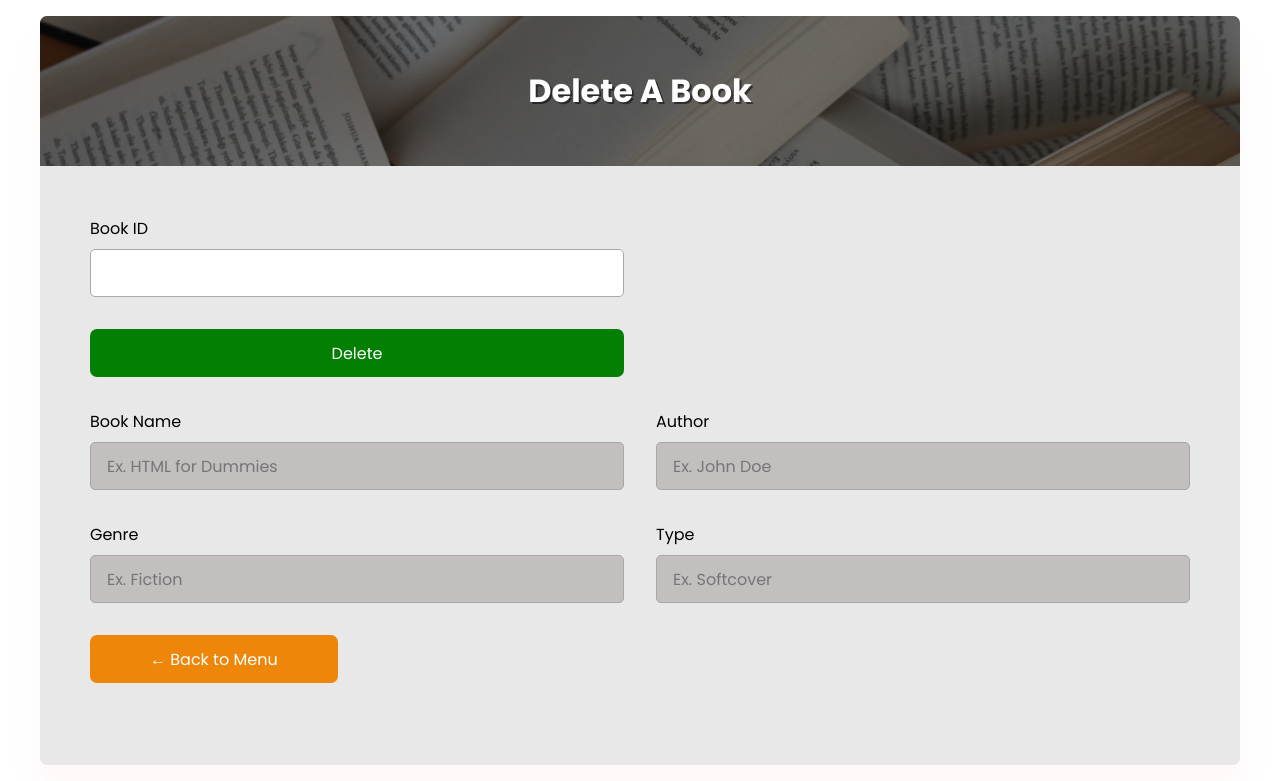
Repository: kcvijay/node_advanced_books
Page: booksSPA/public/pages/deleteBook.html
The author's editor kept a copy of each file at every save. The page is drawn from the files as they stood at one save, then again after the next save.
The browser window is 1280 px wide. The pictures show the whole page.

Above is the page before, as saved 2023-03-08 17:51:58.

### booksSPA/public/pages/deleteBook.html
<!DOCTYPE html>
<html lang="en">
  <head>
    <meta charset="UTF-8" />
    <meta http-equiv="X-UA-Compatible" content="IE=edge" />
    <meta name="viewport" content="width=device-width, initial-scale=1.0" />
    <title>Delete A Book</title>
    <link rel="stylesheet" href="../styles/styles.css" />
  </head>
  <body>
    <div class="main-wrapper">
      <div class="heading">
        <h1>Delete A Book</h1>
      </div>
      <div class="data-field">
        <form>
          <div>
            <label for="id">Book ID</label>
            <input type="text" id="id" name="id" />
          </div>
          <div></div>
          <button type="submit" id="submit" class="primary-btn">Delete</button>
        </form>
        <form style="margin-top: 32px">
          <div>
            <label for="name">Book Name</label>
            <input
              type="text"
              id="name"
              name="name"
              placeholder="Ex. HTML for Dummies"
              autocomplete="off"
              disabled
            />
          </div>
          <div>
            <label for="author">Author</label>
            <input
              type="text"
              id="author"
              name="author"
              placeholder="Ex. John Doe"
              autocomplete="off"
              disabled
            />
          </div>
          <div>
            <label for="genre">Genre</label>
            <input
              type="text"
              id="genre"
              name="genre"
              placeholder="Ex. Fiction"
              autocomplete="off"
              disabled
            />
          </div>
          <div>
            <label for="type">Type</label>
            <input
              type="text"
              id="type"
              name="type"
              placeholder="Ex. Softcover"
              autocomplete="off"
              disabled
            />
          </div>
        </form>
        <div id="messagearea"></div>
        <div>
          <button class="secondary-btn">&larr;&nbsp;Back to Menu</button>
        </div>
      </div>
    </div>
    <script src="/js/deleteBookHandler.js"></script>
  </body>
</html>

### booksSPA/public/styles/styles.css
@import url("https://fonts.googleapis.com/css2?family=Poppins:wght@400;700&display=swap");

* {
  margin: 0;
  padding: 0;
  box-sizing: border-box;
}

body {
  max-width: 100vw;
  min-height: 100vh;
  font-family: "Poppins", sans-serif;
}

.main-wrapper {
  max-width: 1200px;
  background: #e8e8e8;
  margin: 16px auto;
  border-radius: 7px;
  box-shadow: 0 30px 30px rgba(241, 182, 182, 0.1);
  overflow: hidden;
  transition: all 0.3s ease;
}

.heading {
  background: linear-gradient(rgba(0, 0, 0, 0.4), rgba(0, 0, 0, 0.4)),
    url("../assets/books.jpeg");
  background-position: center;
  background-size: cover;
  background-repeat: no-repeat;
  height: 150px;
  display: flex;
  justify-content: center;
  align-items: center;
}

h1 {
  position: relative;
  color: #fff;
  text-shadow: 2px 2px rgba(0, 0, 0, 0.5);
}

.data-field {
  padding: 50px;
}

input,
textarea,
button {
  font-family: inherit;
  font-size: 16px;
}

input:disabled {
  background-color: #c3bfbf;
  cursor: no-drop;
}
input:disabled:focus {
  outline: none;
}

form {
  display: grid;
  grid-template-columns: 1fr 1fr;
  gap: 32px;
  justify-items: start;
  transition: all 0.3s ease-in-out;
}

form div {
  width: 100%;
}

form label {
  display: inline-block;
  width: 100px;
  margin-bottom: 8px;
}

form input {
  height: 48px;
  width: 100%;
  padding: 0 16px;
  border: 1px solid #a7a7a7;
  border-radius: 5px;
  transition: all 0.3s ease;
}

form input:focus {
  outline: 3px solid #ee870978;
  border: none;
}

.button-set {
  display: grid;
  grid-template-columns: 1fr 1fr;
  gap: 32px;
}

.button-set div .primary-btn {
  display: block;
  width: 100%;
  text-decoration: none;
  display: flex;
  justify-content: center;
  align-items: center;
}

button:hover,
button:active {
  filter: brightness(0.9);
}

.button-set {
  margin-top: 32px;
}

.primary-btn {
  display: flex;
  justify-content: center;
  align-items: center;
  width: 100%;
  height: 48px;
  background-color: #038003;
  text-decoration: none;
  padding: 8px 60px;
  color: #fff;
  border: none;
  border-radius: 7px;
  cursor: pointer;
  transition: all 0.3s ease;
}

.secondary-btn {
  display: flex;
  justify-content: center;
  align-items: center;
  height: 48px;
  margin: 32px 0;
  background-color: #ee8709;
  text-decoration: none;
  padding: 8px 60px;
  color: #fff;
  border: none;
  border-radius: 7px;
  cursor: pointer;
  transition: all 0.3s ease;
}

#messagearea {
  position: absolute;
  left: 0;
  top: 0;
  width: 100vw;
  height: 100vh;
  background-color: rgba(0, 0, 0, 0.7);
  display: none;
  justify-content: center;
  align-items: center;
  z-index: 999;
}

#messagearea p {
  background-color: #fff;
  padding: 32px;
}

/**** TABLE ****/

.table-field {
  overflow-x: auto;
}

table {
  margin: 0 auto;
  max-width: fit-content;
}
thead {
  background: #038003;
  color: #fff;
}
th,
td {
  width: 250px;
  height: 48px;
  padding: 16px;
}

tr:nth-child(odd) {
  background: #ee870945;
}

tr:nth-child(even) {
  background: #ee87095e;
}

tr:last-child td:first-child {
  border-radius: 0 0 0 7px;
}

tr:last-child td:last-child {
  border-radius: 0 0 7px 0;
}

th:not(:first-child) {
  text-align: left;
}

th:first-child {
  border-radius: 7px 0 0 0;
}

th:last-child {
  text-align: center;
  border-radius: 0 7px 0 0;
}

td {
  padding-left: 16px;
}

td:first-child,
td:last-child {
  text-align: center;
}

@media screen and (max-width: 700px) {
  .main-wrapper {
    margin: 0 16px;
  }
  form {
    grid-template-columns: 1fr;
  }

  .data-field {
    padding: 18px;
  }

  .table-field {
    overflow-x: auto;
  }

  table {
    font-size: 14px;
  }

  .button-set {
    grid-template-columns: 1fr;
  }

  .button-set div a {
    display: block;
    width: 100%;
  }
}

### booksSPA/public/js/deleteBookHandler.js
"use strict";

(function () {
  let inputField;
  let messageField;
  let submit;

  document.addEventListener("DOMContentLoaded", init);

  function init() {
    inputField = document.querySelector("#id");
    messageField = document.querySelector("#messagearea");
    submit = document.querySelector("#submit");
  }
})();

After the next save:
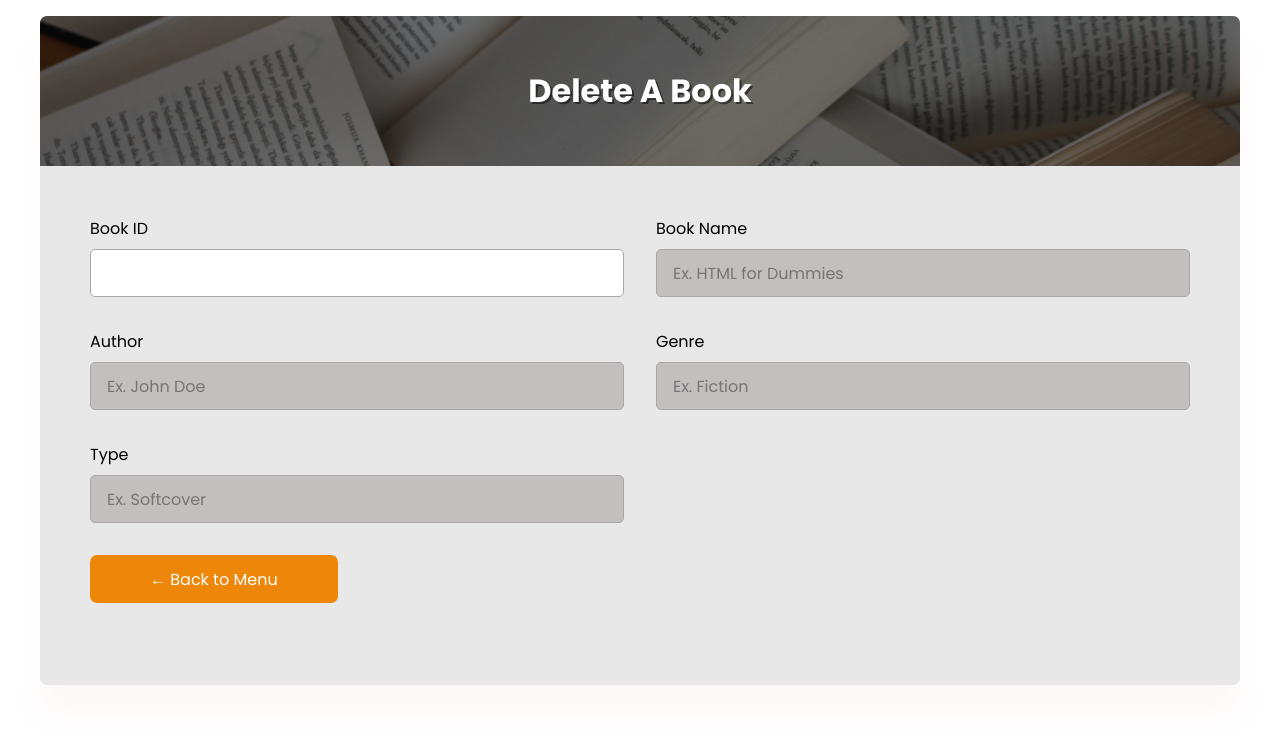
Saved 32 s later.
--- a/booksSPA/public/pages/deleteBook.html
+++ b/booksSPA/public/pages/deleteBook.html
@@ -18,10 +18,6 @@
             <label for="id">Book ID</label>
             <input type="text" id="id" name="id" />
           </div>
-          <div></div>
-          <button type="submit" id="submit" class="primary-btn">Delete</button>
-        </form>
-        <form style="margin-top: 32px">
           <div>
             <label for="name">Book Name</label>
             <input

After the save that followed:
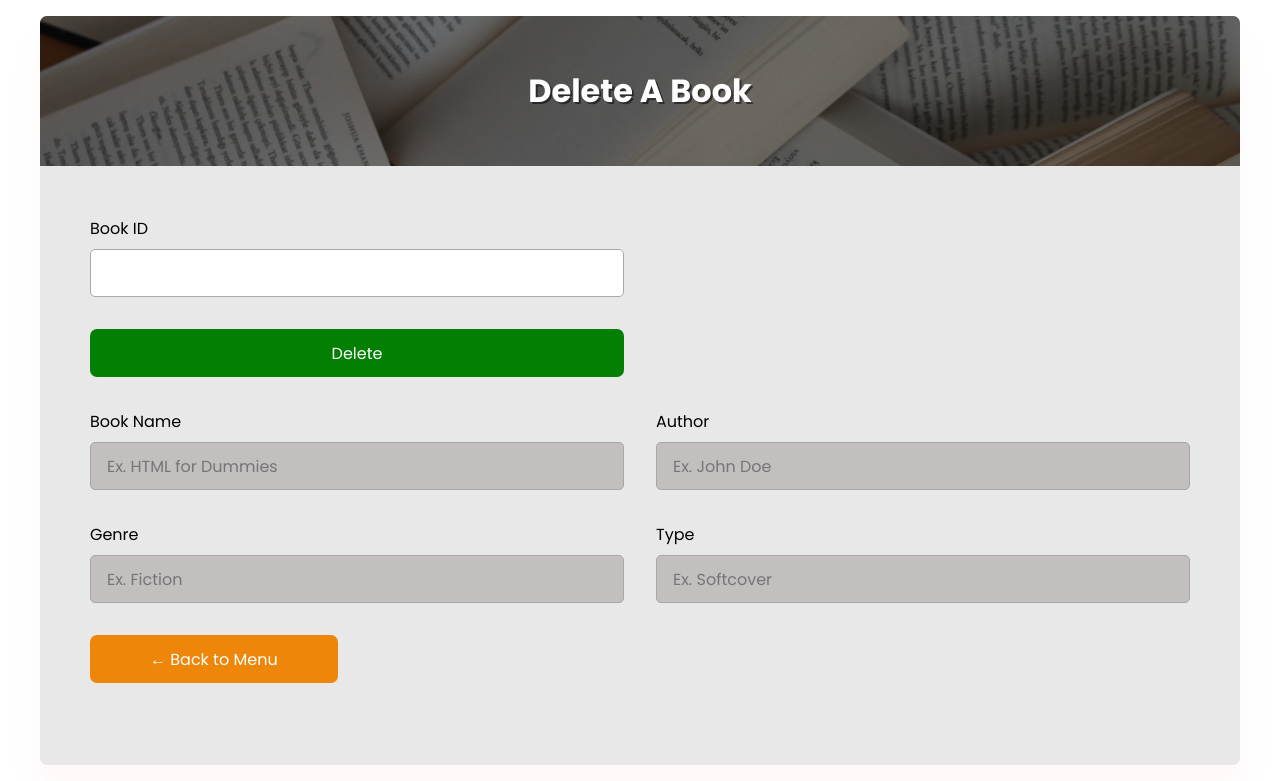
Saved 40 s later.
--- a/booksSPA/public/pages/deleteBook.html
+++ b/booksSPA/public/pages/deleteBook.html
@@ -18,6 +18,10 @@
             <label for="id">Book ID</label>
             <input type="text" id="id" name="id" />
           </div>
+          <div></div>
+          <button type="submit" id="submit" class="primary-btn">Delete</button>
+        </form>
+        <form style="margin-top: 32px">
           <div>
             <label for="name">Book Name</label>
             <input
